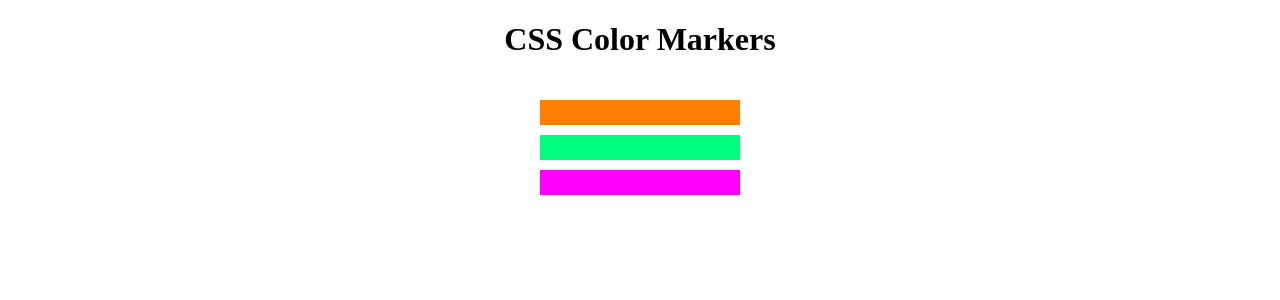
Repository: AimenDje/ColoredMarkers
Page: index.html
The author's editor kept a copy of each file at every save. The page is drawn from the files as they stood at one save, then again after the next save.
The browser window is 1280 px wide. The pictures show the whole page.

Above is the page before, as saved 2025-05-08 16:05:15.

After the next save:
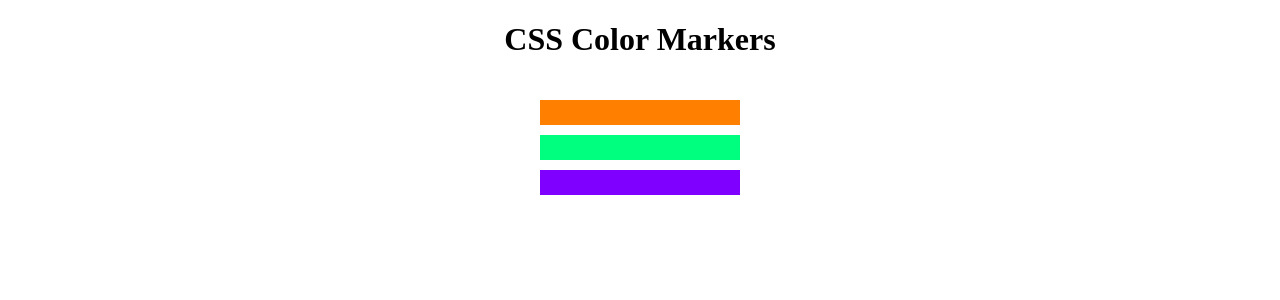
Saved 42 s later.
--- a/styles.css
+++ b/styles.css
@@ -17,7 +17,7 @@
 }
 
 .three {
-    background-color: rgb(255, 0, 255);
+    background-color: rgb(127, 0, 255);
 }
 
 .container {
